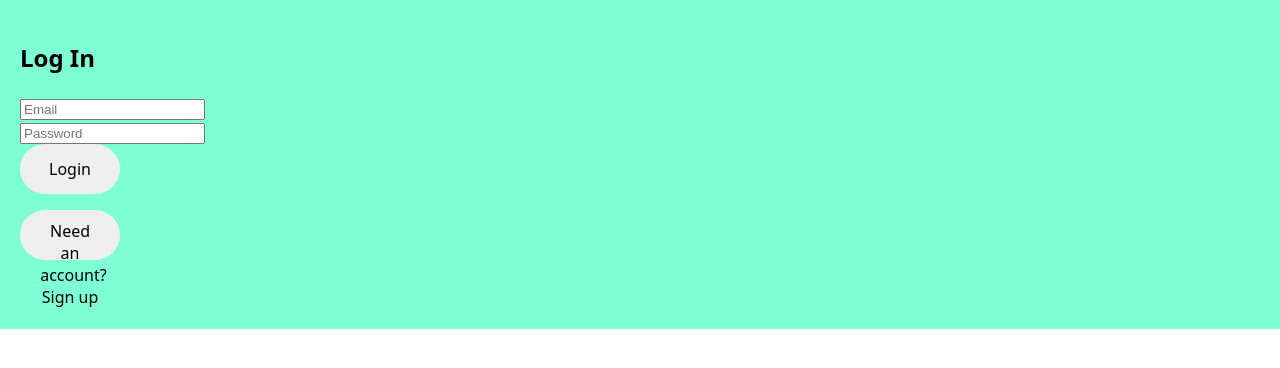
Repository: rosieomusic/chore-app
Page: /
These files come from the project's save history. The page is drawn as it stood at one moment and after the next save; the edit follows.
The browser window is 1280 px wide. The pictures show the whole page.
The project was rebuilt for these pictures with package versions that can differ from the ones it lists, and the page was loaded fresh each time. Also part of the build but not shown: vite.config.js, src/components/ChoreListComponent.jsx.

Above is the page before, as saved 2025-06-08 16:26:01.

After the next save:
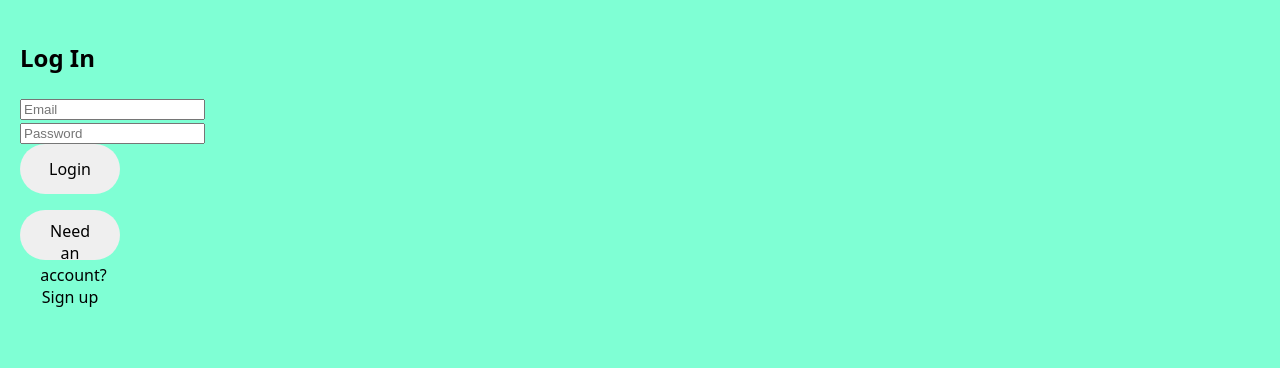
Saved 14 s later.
--- a/src/App.css
+++ b/src/App.css
@@ -1,7 +1,7 @@
 #root {
 	margin: 0;
 	background-color: aquamarine;
-	height: 100%;
+	height: 100dvh;
 }
 .app-container {
 	display: flex;
